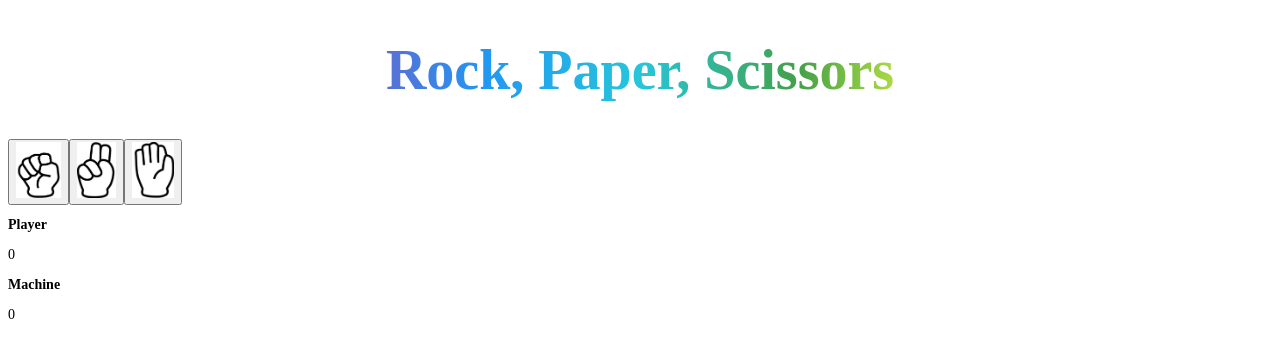
Repository: dung8466/RPS
Page: index.html
These files come from the project's save history. The page is drawn as it stood at one moment and after the next save; the edit follows.
The browser window is 1280 px wide. The pictures show the whole page.

Above is the page before, as saved 2022-07-01 19:19:40.

After the next save:
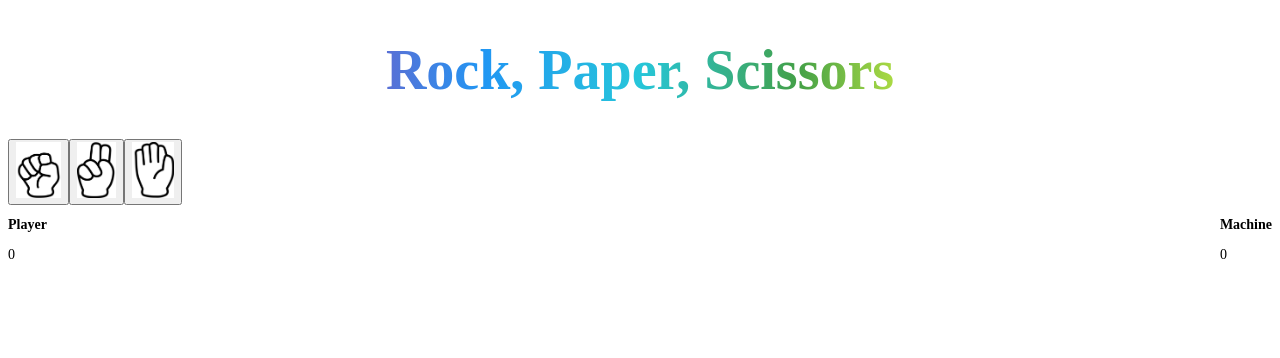
Saved 27 s later.
--- a/index.html
+++ b/index.html
@@ -28,7 +28,7 @@
             <img src="" alt="" id="machine-choice">
         </div>
     </div>
-    <div class="score">
+    <div class="score flex-box">
         <div class="player-score">
             <h2>Player</h2>
             <p>0</p>
